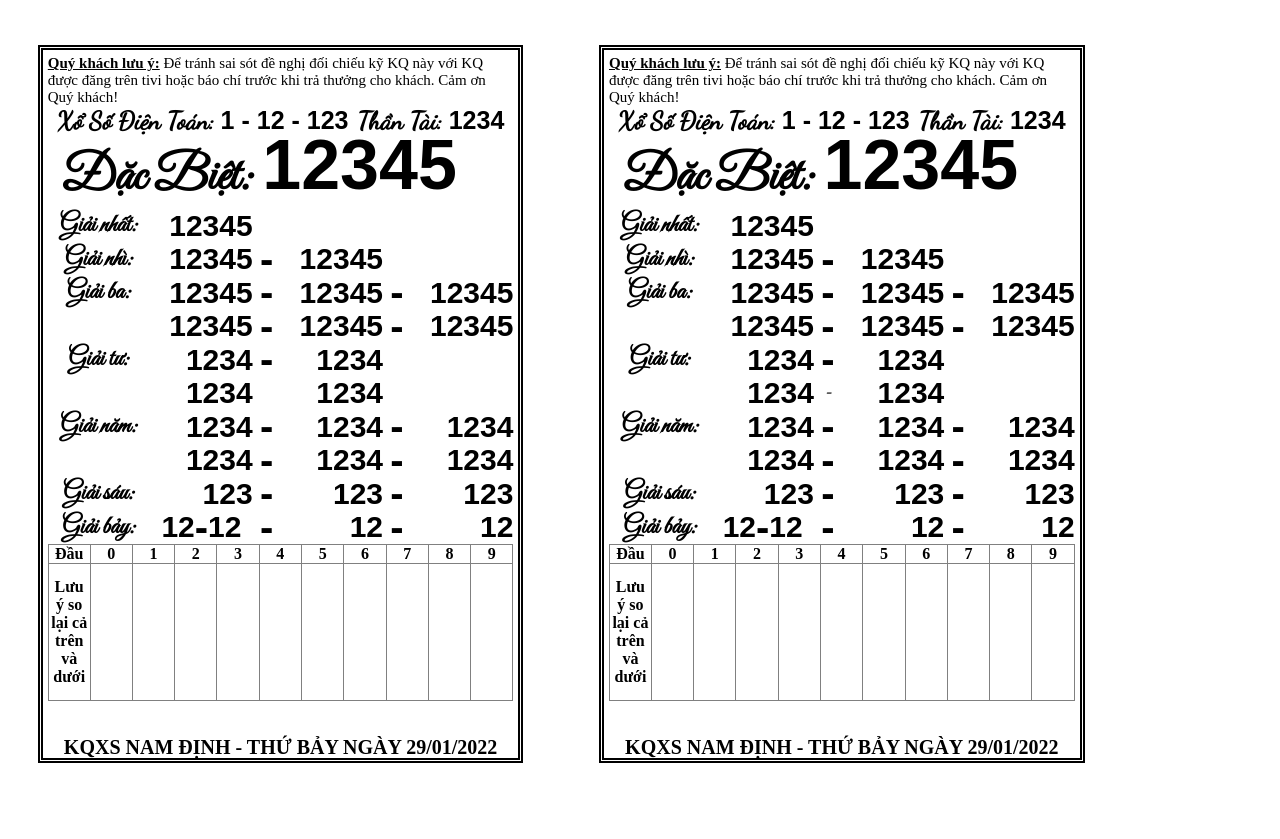
Repository: AnhDuc0125/xskt123
Page: index.html
The author's editor kept a copy of each file at every save. The page is drawn from the files as they stood at one save, then again after the next save.
The browser window is 1280 px wide. The pictures show the whole page.
The page's requests for data from a server got no answer. Some web fonts or font styles are not loaded; a fallback is used.

Above is the page before, as saved 2022-01-29 18:33:52.

After the next save:
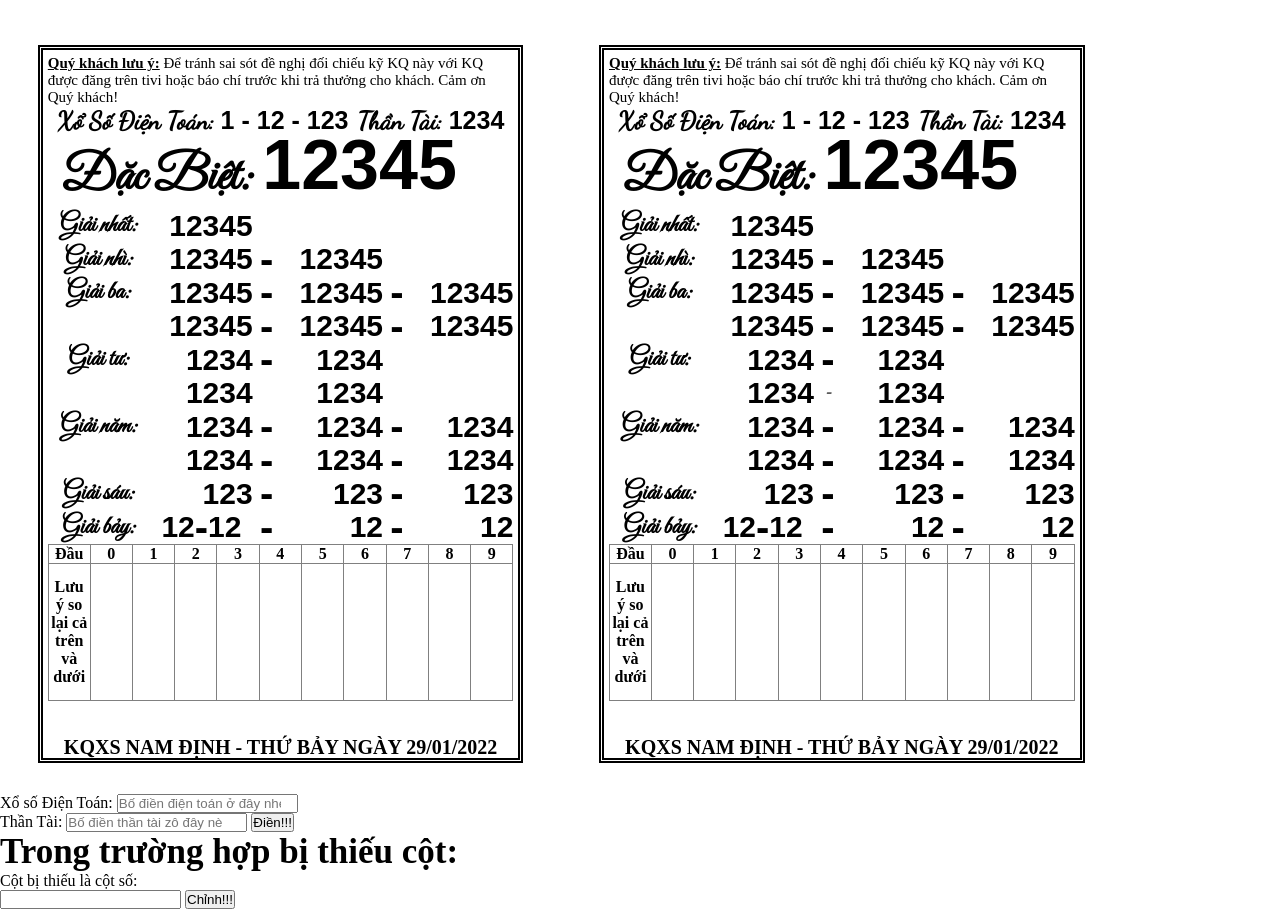
Saved 108 s later.
--- a/index.html
+++ b/index.html
@@ -332,6 +332,47 @@
         </div>
       </div>
     </div>
+    <div class="ask">
+      <div class="form__group">
+        <label class="label__control">Xổ số Điện Toán:</label>
+        <input
+          type="number"
+          class="form__control input__dienToan"
+          oninput="javascript: if (this.value.length > this.maxLength) this.value = this.value.slice(0, this.maxLength);"
+          maxlength="6"
+          placeholder="Bố điền điện toán ở đây nhé bố!!! vd: 123456 --> 1 - 23 - 456"
+        />
+      </div>
+      <div class="form__group">
+        <form id="form_thanTai">
+          <label for="" class="label__control">Thần Tài:</label>
+          <input
+            type="number"
+            class="form__control input__thanTai"
+            oninput="javascript: if (this.value.length > this.maxLength) this.value = this.value.slice(0, this.maxLength);"
+            maxlength="4"
+            placeholder="Bố điền thần tài zô đây nè"
+          />
+          <button onclick="showData()">Điền!!!</button>
+        </form>
+      </div>
+    </div>
+    <div class="custom_box">
+      <strong style="font-size: 35px">Trong trường hợp bị thiếu cột:</strong>
+      <div class="form__group">
+        <form id="form_custom">
+          <div class="label__control">Cột bị thiếu là cột số:</div>
+          <input
+            type="number"
+            class="form__control"
+            id="input__custom--column"
+            oninput="javascript: if (this.value.length > this.maxLength) this.value = this.value.slice(0, this.maxLength);"
+            maxlength="1"
+          />
+          <button onclick="customColumn()">Chỉnh!!!</button>
+        </form>
+      </div>
+    </div>
   </body>
   <script src="app.js"></script>
 </html>
